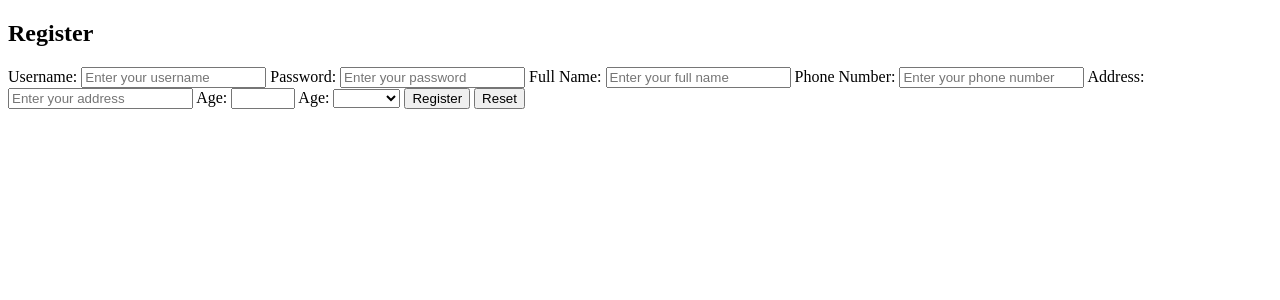
Repository: Loc2804/LTM
Page: http://localhost/RestaurantProject/Register.jsp
The author's editor kept a copy of each file at every save. The page is drawn from the files as they stood at one save, then again after a run of saves.
The browser window is 1280 px wide. The pictures show the whole page.
The page is served by Tomcat 10. Other server files are loaded and not shown.

Above is the page before, as saved 2024-12-07 08:46:39.

### RestaurantProject/src/main/webapp/Register.jsp
<%@ page language="java" contentType="text/html; charset=UTF-8" pageEncoding="UTF-8"%>
<!DOCTYPE html>
<html lang="en">
<head>
    <meta charset="UTF-8">
    <meta http-equiv="X-UA-Compatible" content="IE=edge">
    <meta name="viewport" content="width=device-width, initial-scale=1.0">
    <title>Registration Form</title>
    <style>
        /* CSS đã được tối ưu hóa bên dưới */
    </style>
</head>
<body>
    <div class="registration-container">
        <h2>Register</h2>
        <form action="AuthController" method="POST">
            <label for="username">Username:</label>
            <input type="text" id="username" name="username" class="input-field" placeholder="Enter your username" required>

            <label for="password">Password:</label>
            <input type="password" id="password" name="password" class="input-field" placeholder="Enter your password" required>

            <label for="fullname">Full Name:</label>
            <input type="text" id="fullname" name="fullName" class="input-field" placeholder="Enter your full name" required>

            <label for="phone">Phone Number:</label>
            <input type="tel" id="phone" name="phonenumber" class="input-field" placeholder="Enter your phone number" required>

            <label for="address">Address:</label>
            <input type="text" id="address" name="address" class="input-field" placeholder="Enter your address" required>

            <label for="age">Age:</label>
            <input type="number" id="age" name="age" class="input-field" min="1" max="120" required>

            <label for="gender">Age:</label>
            <select name="gender" id="gender">
            	<option value="" selected="selected" hidden></option>
            	<option value="female">Female</option>
            	<option value="male">Male</option>
            </select>

			<input type="hidden" name="action" value="signup" class="input-field" required>
            <button type="submit" class="btn">Register</button>
            <button type="reset" class="btn">Reset</button>
        </form>
        <%
            String errorMessage = (String) request.getAttribute("errorMessage");

            if (errorMessage != null) {
        %>
            <div class="error-message"><%= errorMessage %></div>
        <% } %>
    </div>
</body>
</html>

After the next 2 saves:
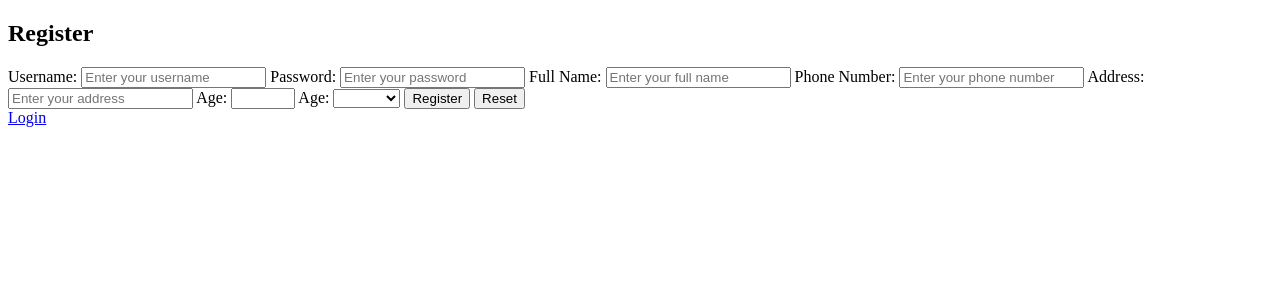
The 2 saves are shown as one change because they came seconds apart.
The last was saved 38 s later.
--- a/RestaurantProject/src/main/webapp/Register.jsp
+++ b/RestaurantProject/src/main/webapp/Register.jsp
@@ -50,6 +50,7 @@
         %>
             <div class="error-message"><%= errorMessage %></div>
         <% } %>
+        <a href="Login.jsp">Login</a>
     </div>
 </body>
 </html>
